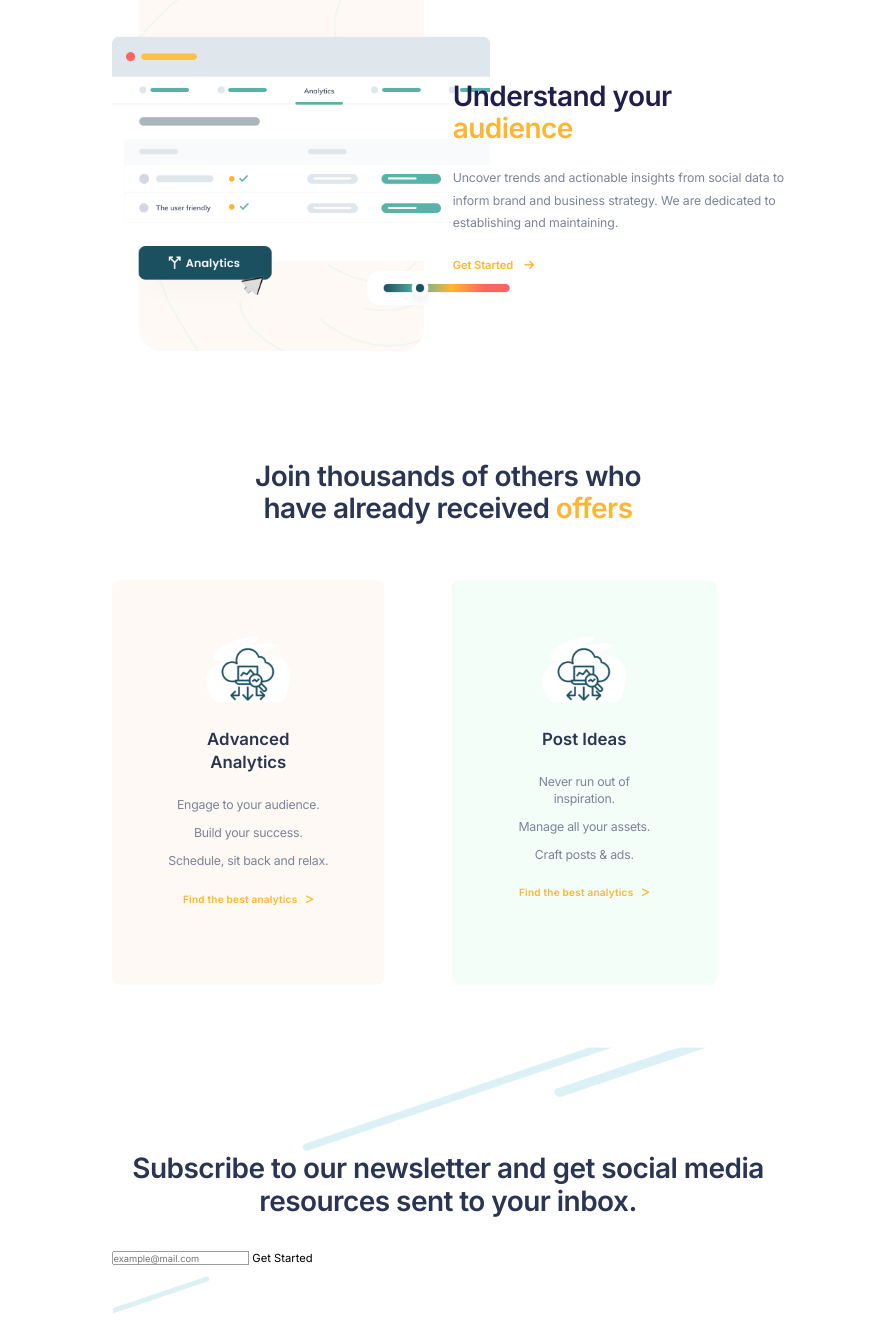
Repository: badhon252/Clickbay
Page: index.html
An editor plug-in stored every save of this project. The page is shown before and after the next save, followed by the edit.
The browser window is 1280 px wide. The pictures show the part of the page from y = 2218 to 4138 px (the page is 4138 px tall), at 70% of full size.
The style sheet was rebuilt from its Sass, Less or Tailwind sources for each picture, by a compiler version that may differ from the author's.

Above is the page before, as saved 2022-09-05 03:41:19.

After the next save:
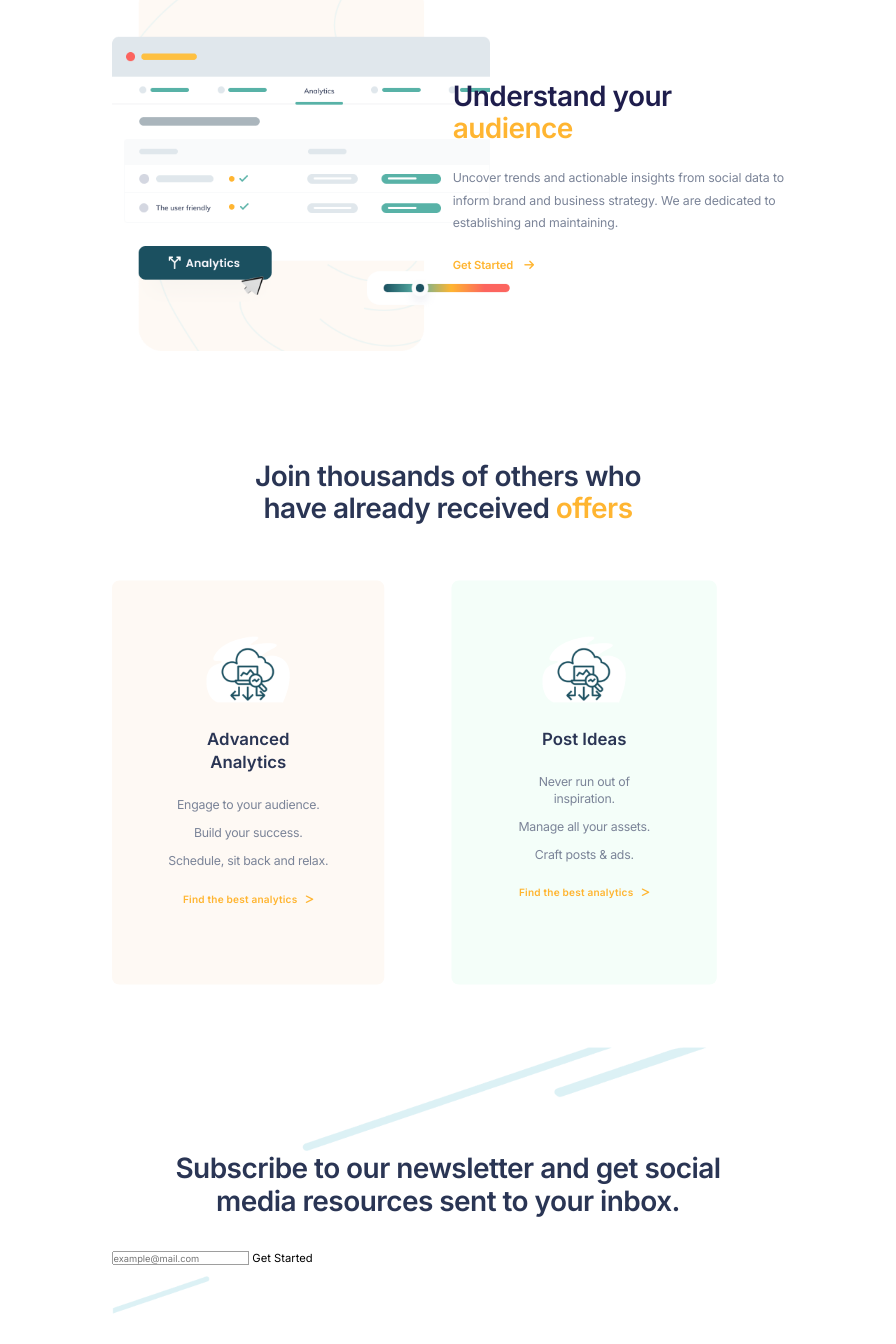
Saved 14 s later.
--- a/index.html
+++ b/index.html
@@ -169,7 +169,7 @@
 
     <section class="fifth_section container">
         <div class="card">
-            <h1 class="my-3">Subscribe to our newsletter and get social media resources sent to your inbox.</h1>
+            <h1 class="my-3">Subscribe to our newsletter and get social <br> media resources sent to your inbox.</h1>
             <input type="email" id="mail" placeholder="example@mail.com"> <label for="mail">Get Started</label>
         </div>
     </section>
